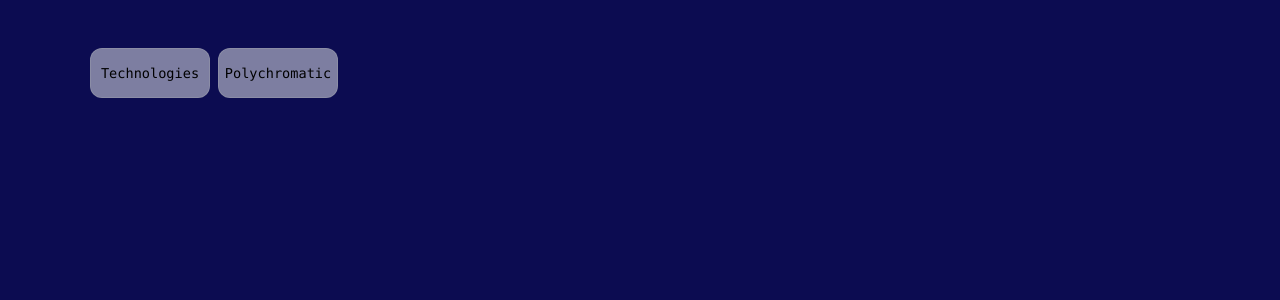
Repository: Baaam0/DCD_week7
Page: /
An editor plug-in stored every save of this project. The page is shown before and after the next save, followed by the edit.
The browser window is 1280 px wide. The pictures show the whole page.
The page's requests for data from a server got no answer. Some web fonts or font styles are not loaded; a fallback is used. The project was rebuilt for these pictures with package versions that can differ from the ones it lists, and the page was loaded fresh each time. The framework's server and built-in components were replaced by stand-ins that run in the browser. No one was signed in, and anything a server would have sent is missing. Also part of the build but not shown: next.config.js.

Above is the page before, as saved 2023-02-18 02:02:28.

### pages/index.js
import Head from 'next/head'
import Image from 'next/image'
import styles from '@/styles/Home.module.css'
import { useEffect, useState } from 'react'
import axios from 'axios'
import Link from 'next/link'


export default function Home() {
  const [data, setData] = useState();

  const apiKey = "BKu0nr7SnBGOqKTSgWfcyr59UwXtwa7g3dY4YQrC";
  const url = `https://api.nasa.gov/techtransfer/patent/?q=10&engine&api_key=${apiKey}`

  const getTechTransferData = async () => {
    const res = await axios.get(url);
    const info = await res.data;
    console.log(info);
    setData(info)
  }

  useEffect(()=> {
    getTechTransferData();
  }, [])

  return (
    <>
      <Head>
        <title>Create Next App</title>
        <meta name="description" content="Generated by create next app" />
        <meta name="viewport" content="width=device-width, initial-scale=1" />
        <link rel="icon" href="/favicon.ico" />
      </Head>
      <main className={styles.main}>
        <div className={styles.description}>
          <p>
          <Link href="/">Technologies</Link>
          </p>
          <p>
          <Link href="/polychromatic">Polychromatic</Link>
          </p>
        </div>
        {
          data && data.results.map((tech, index) => {
            return (
              <div key={index}>
                {
                  tech && tech.map((t,ind) => {
                    if(ind === 10) {
                      return (
                        <div className={styles.box1}>
                          <Image src={t} alt={t} key={ind} width={120} height={120} className={styles.img}/>
                          <div className={styles.box}>
                            <div className={styles.txt}>
                              <h3>{tech[2]}</h3>
                              <p>{tech[3]}</p>
                            </div>
                          </div>
                        </div>
                      )
                    }
                  })
                }
              </div>
            )
          })
        }
      </main>
    </>
  )
}

### styles/Home.module.css
@import url('https://fonts.googleapis.com/css2?family=DotGothic16&display=swap');
@import url('https://fonts.googleapis.com/css2?family=Barlow:wght@300&display=swap');

.main {
  display: flex;
  flex-direction: column;
  justify-content: space-between;
  align-items: center;
  padding: 3rem;
  min-height: 100vh;
  background-color: rgb(12, 12, 81)
}

.description {
  display: flex;
  align-items: flex-start;
  font-size: 0.85rem;
  max-width: var(--max-width);
  width: 100%;
  z-index: 2;
  font-family: var(--font-mono);
}

.description a {
  display: flex;
  justify-content: center;
  align-items: center;
  gap: 0.5rem;
}

.description p {
  position: relative;
  margin-right: .5rem;
  padding: 1rem;
  background-color: rgba(var(--callout-rgb), 0.5);
  border: 1px solid rgba(var(--callout-border-rgb), 0.3);
  border-radius: var(--border-radius);
  width: 120px;
}

.code {
  font-weight: 700;
  font-family: var(--font-mono);
}

.grid {
  display: grid;
  grid-template-columns: repeat(4, minmax(25%, auto));
  width: var(--max-width);
  max-width: 100%;
}

.card {
  padding: 1rem 1.2rem;
  border-radius: var(--border-radius);
  background: rgba(var(--card-rgb), 0);
  border: 1px solid rgba(var(--card-border-rgb), 0);
  transition: background 200ms, border 200ms;
}

.card span {
  display: inline-block;
  transition: transform 200ms;
}

.card h2 {
  font-weight: 600;
  margin-bottom: 0.7rem;
}

.card p {
  margin: 0;
  opacity: 0.6;
  font-size: 0.9rem;
  line-height: 1.5;
  max-width: 30ch;
}

.center {
  display: flex;
  justify-content: center;
  align-items: center;
  position: relative;
  padding: 4rem 0;
}

.center::before {
  background: var(--secondary-glow);
  border-radius: 50%;
  width: 480px;
  height: 360px;
  margin-left: -400px;
}

.center::after {
  background: var(--primary-glow);
  width: 240px;
  height: 180px;
  z-index: -1;
}

.center::before,
.center::after {
  content: '';
  left: 50%;
  position: absolute;
  filter: blur(45px);
  transform: translateZ(0);
}

.logo,
.thirteen {
  position: relative;
}

.thirteen {
  display: flex;
  justify-content: center;
  align-items: center;
  width: 75px;
  height: 75px;
  padding: 25px 10px;
  margin-left: 16px;
  transform: translateZ(0);
  border-radius: var(--border-radius);
  overflow: hidden;
  box-shadow: 0px 2px 8px -1px #0000001a;
}

.thirteen::before,
.thirteen::after {
  content: '';
  position: absolute;
  z-index: -1;
}

/* Conic Gradient Animation */
.thirteen::before {
  animation: 6s rotate linear infinite;
  width: 200%;
  height: 200%;
  background: var(--tile-border);
}

/* Inner Square */
.thirteen::after {
  inset: 0;
  padding: 1px;
  border-radius: var(--border-radius);
  background: linear-gradient(
    to bottom right,
    rgba(var(--tile-start-rgb), 1),
    rgba(var(--tile-end-rgb), 1)
  );
  background-clip: content-box;
}

/* Enable hover only on non-touch devices */
@media (hover: hover) and (pointer: fine) {
  .card:hover {
    background: rgba(var(--card-rgb), 0.1);
    border: 1px solid rgba(var(--card-border-rgb), 0.15);
  }

  .card:hover span {
    transform: translateX(4px);
  }
}

@media (prefers-reduced-motion) {
  .thirteen::before {
    animation: none;
  }

  .card:hover span {
    transform: none;
  }
}

/* Mobile */
@media (max-width: 700px) {
  .content {
    padding: 4rem;
  }

  .grid {
    grid-template-columns: 1fr;
    margin-bottom: 120px;
    max-width: 320px;
    text-align: center;
  }

  .card {
    padding: 1rem 2.5rem;
  }

  .card h2 {
    margin-bottom: 0.5rem;
  }

  .center {
    padding: 8rem 0 6rem;
  }

  .center::before {
    transform: none;
    height: 300px;
  }

  .description {
    font-size: 0.8rem;
  }

  .description a {
    padding: 1rem;
  }

  .description p,
  .description div {
    display: flex;
    justify-content: center;
    position: fixed;
    width: 100%;
  }

  .description p {
    align-items: center;
    inset: 0 0 auto;
    padding: 2rem 1rem 1.4rem;
    border-radius: 0;
    border: none;
    border-bottom: 1px solid rgba(var(--callout-border-rgb), 0.25);
    background: linear-gradient(
      to bottom,
      rgba(var(--background-start-rgb), 1),
      rgba(var(--callout-rgb), 0.5)
    );
    background-clip: padding-box;
    backdrop-filter: blur(24px);
  }

  .description div {
    align-items: flex-end;
    pointer-events: none;
    inset: auto 0 0;
    padding: 2rem;
    height: 200px;
    background: linear-gradient(
      to bottom,
      transparent 0%,
      rgb(var(--background-end-rgb)) 40%
    );
    z-index: 1;
  }
}

/* Tablet and Smaller Desktop */
@media (min-width: 701px) and (max-width: 1120px) {
  .grid {
    grid-template-columns: repeat(2, 50%);
  }
}

@media (prefers-color-scheme: dark) {
  .vercelLogo {
    filter: invert(1);
  }

  .logo,
  .thirteen img {
    filter: invert(1) drop-shadow(0 0 0.3rem #ffffff70);
  }
}

@keyframes rotate {
  from {
    transform: rotate(360deg);
  }
  to {
    transform: rotate(0deg);
  }
}

.box1 {
  display: flex;
  flex-direction: row;
  margin: 1.5rem;
  width: 100%;
  justify-content: space-between;
}
.box {
  display: flex;
  justify-content: center;
  align-items: center;
  height: 100%;
  max-width: 700px;
  padding: 1rem;
  border-radius: var(--border-radius);
  background: rgba(var(--card-rgb), 50);
  transition: background 200ms, border 200ms;
}

.img {
  border-radius: 50%;
  background: rgba(var(--card-rgb), 50);
  margin-right: 2rem;
  margin-top: 0.2rem;
  transition: box-shadow 0.6s linear, border 200ms ease-out;
  box-shadow: 0px 0px 5px 5px #fee1a3c6;
}

.img:hover {
  box-shadow: 0px 0px 5px 7px #ffffff;
}

.txt {
  margin: 1rem;
  font-family: 'Barlow', sans-serif;

}

.txt h3 {
  font-weight: 600;
  margin-bottom: 0.5rem;
}

Loaded but not shown: pages/_app.js (common file); pages/_document.js (common file); styles/globals.css (common file)

After the next save:
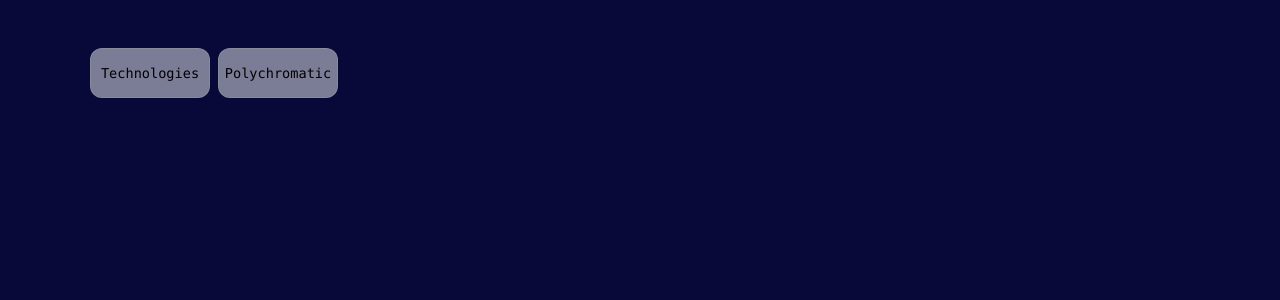
Saved 4 s later.
--- a/styles/Home.module.css
+++ b/styles/Home.module.css
@@ -8,7 +8,7 @@
   align-items: center;
   padding: 3rem;
   min-height: 100vh;
-  background-color: rgb(12, 12, 81)
+  background-color: rgb(8, 8, 57)
 }
 
 .description {
